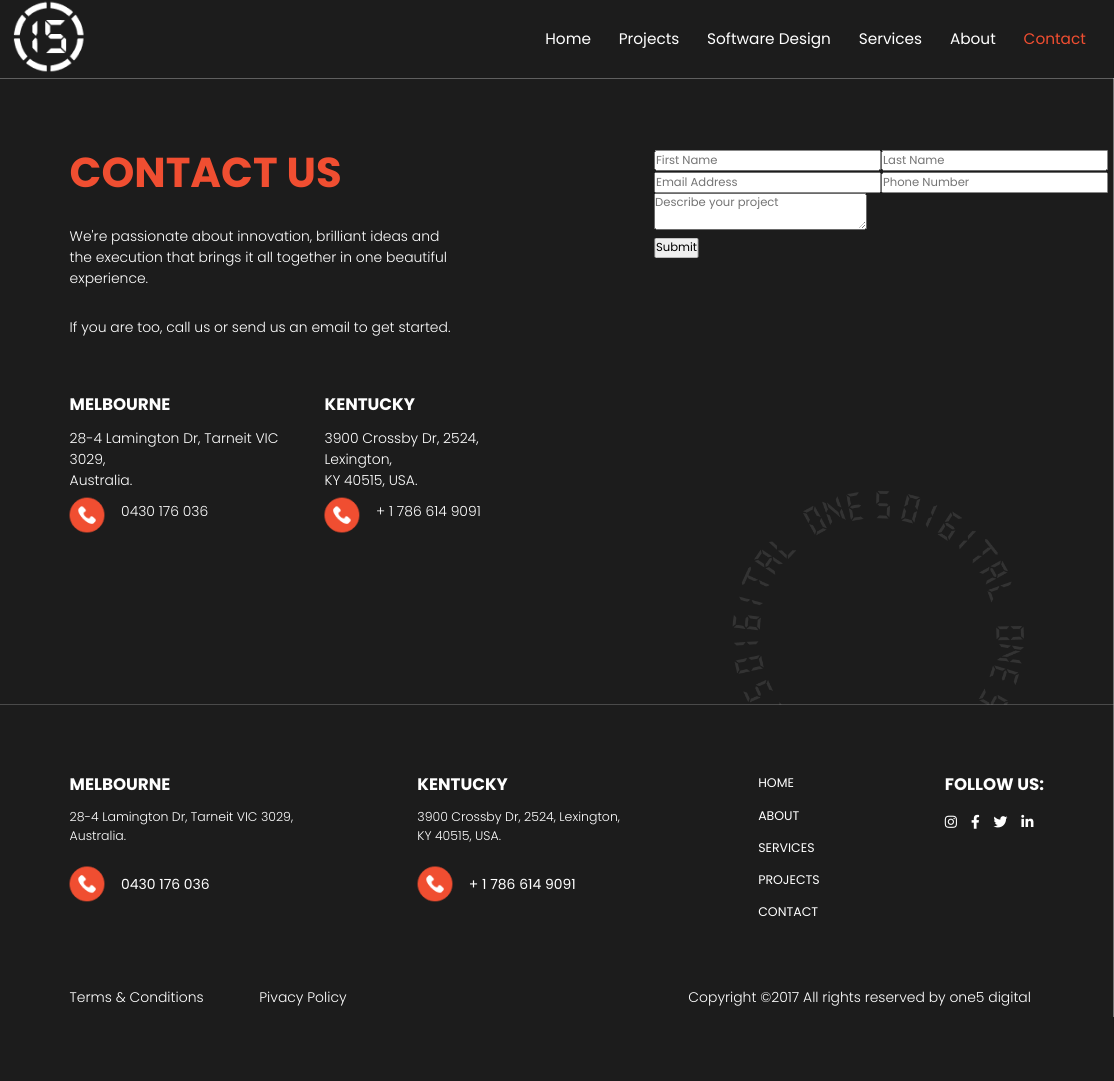
Repository: gopalpurohit54/one5
Page: /Contact
An editor plug-in stored every save of this project. The page is shown before and after the next save, followed by the edit.
The browser window is 1280 px wide. The pictures show the whole page, at 87% of full size.
The project was rebuilt for these pictures with package versions that can differ from the ones it lists, and the page was loaded fresh each time. Also part of the build but not shown: src/components/Button.js, src/components/HeroSection.css, src/components/HeroSection.js, src/components/OurProjects.css, src/components/OurProjects.js, src/components/OurServices.js, src/components/AboutUs.css, src/components/AboutUs.js and 30 more.

Above is the page before, as saved 2021-06-22 15:47:11.

After the next save:
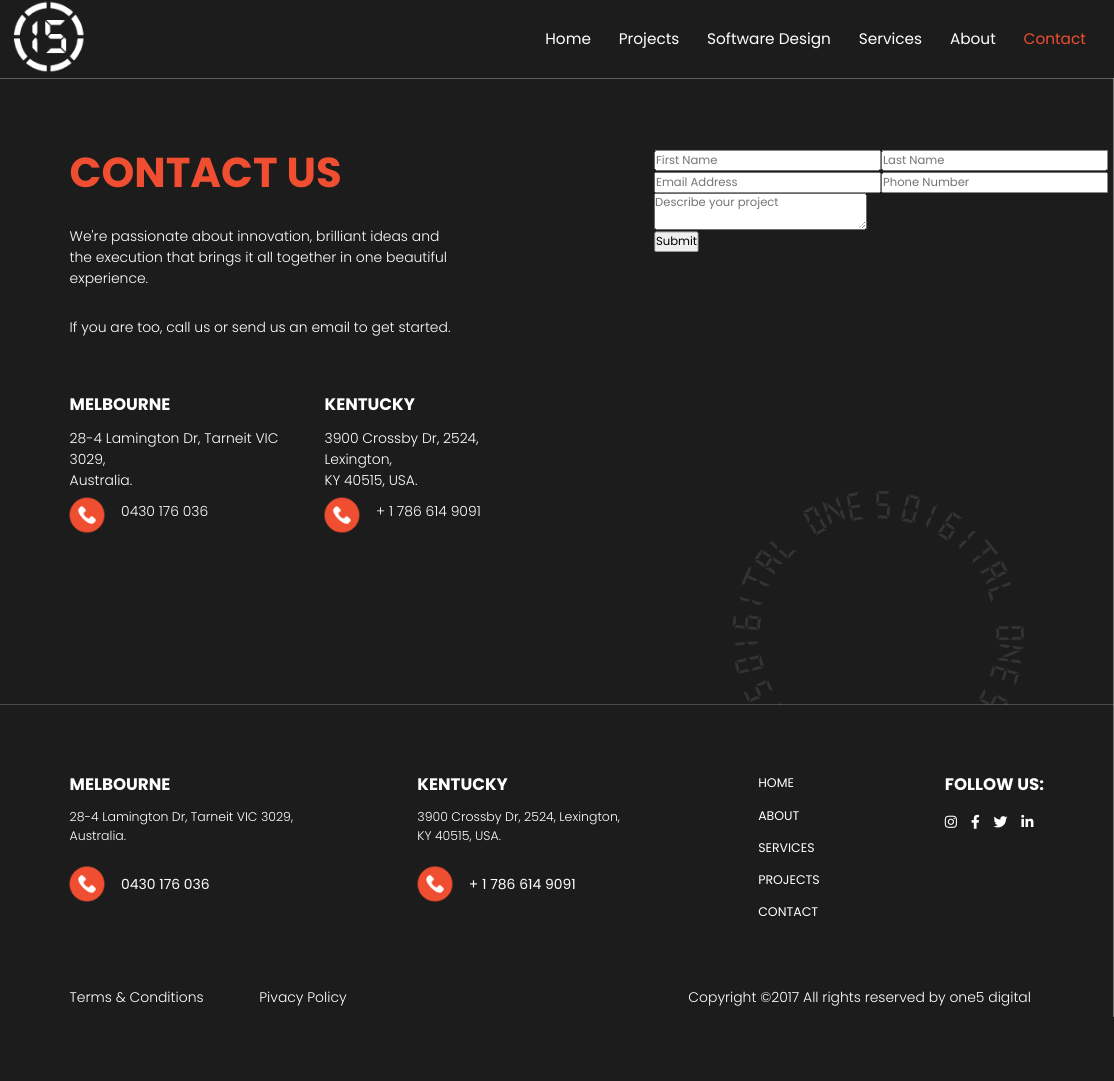
Saved 11 s later.
--- a/src/components/ContactPage.css
+++ b/src/components/ContactPage.css
@@ -53,3 +53,7 @@
 .con-email {
     display: flex;
 }
+
+.describe {
+    display: flex;
+}
